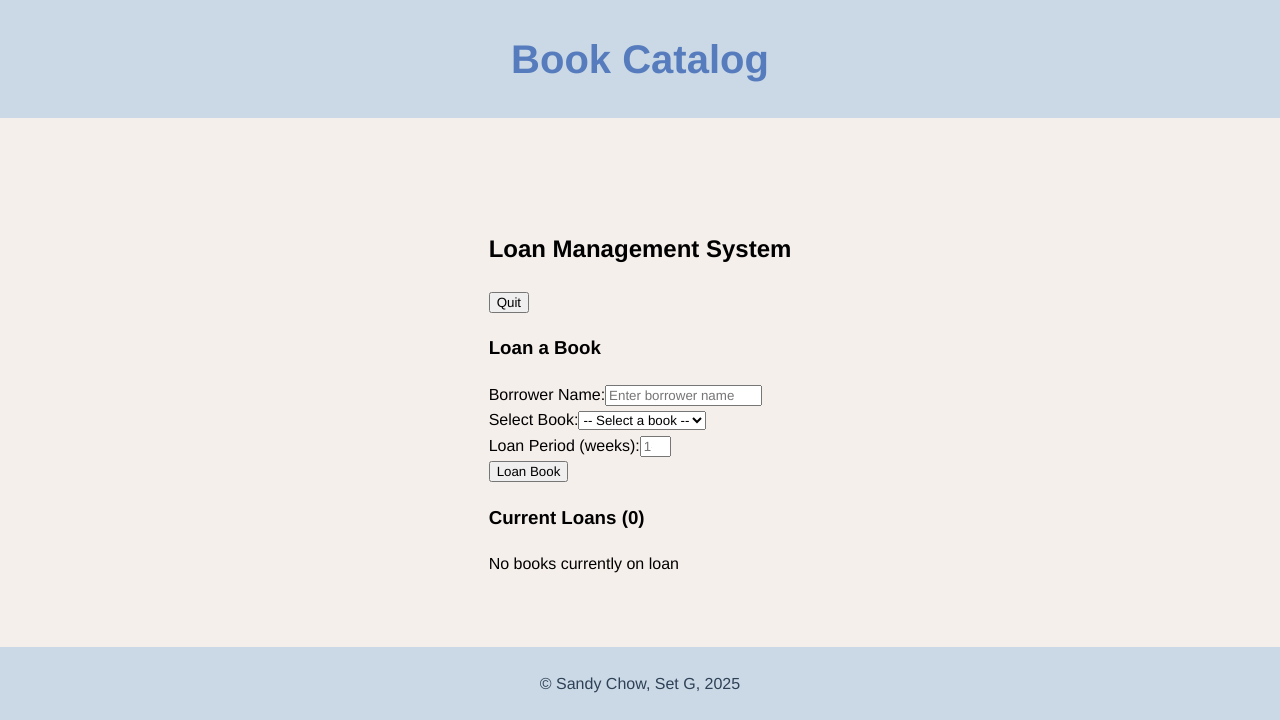
Repository: Bcit-sandy/COMP3170_Lab7
Page: /, after clicking the first element matching `button.view-toggle-button`
These files come from the project's save history. The page is drawn as it stood at one moment and after the next save; the edit follows.
The browser window is 1280 px wide. The pictures show the whole page.
The project was rebuilt for these pictures with package versions that can differ from the ones it lists, and the page was loaded fresh each time. Also part of the build but not shown: vite.config.js, src/components/Modal/Modal.css, src/components/Info.jsx, src/components/Book.jsx, src/components/Filter/Filter.css, src/components/View Toggle/ViewToggle.css.

Above is the page before, as saved 2025-11-02 15:34:08.

After the next save:
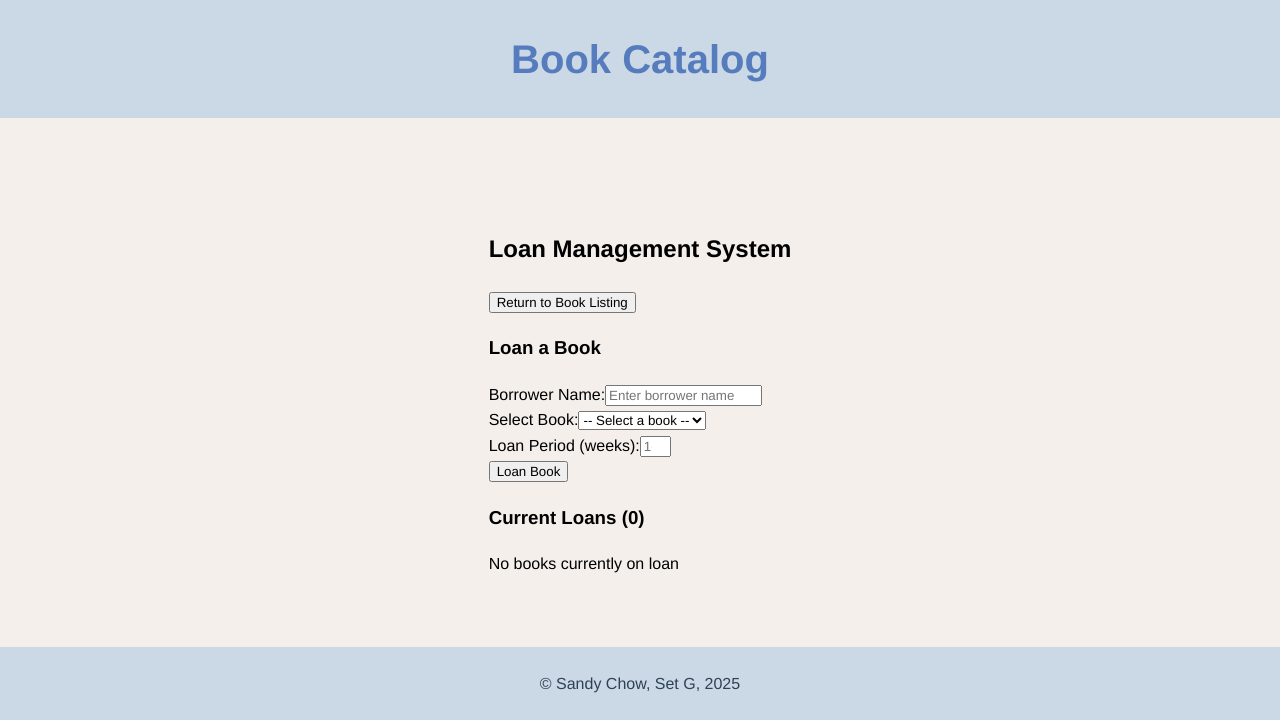
Saved 108 s later.
--- a/src/components/LoanManagement.jsx
+++ b/src/components/LoanManagement.jsx
@@ -73,7 +73,7 @@ function LoanManagement({ books, loans, onLoanChange, onQuit }) {
           onClick={onQuit}
           className="quit-button"
         >
-          Quit
+          Return to Book Listing
         </button>
       </div>
 
